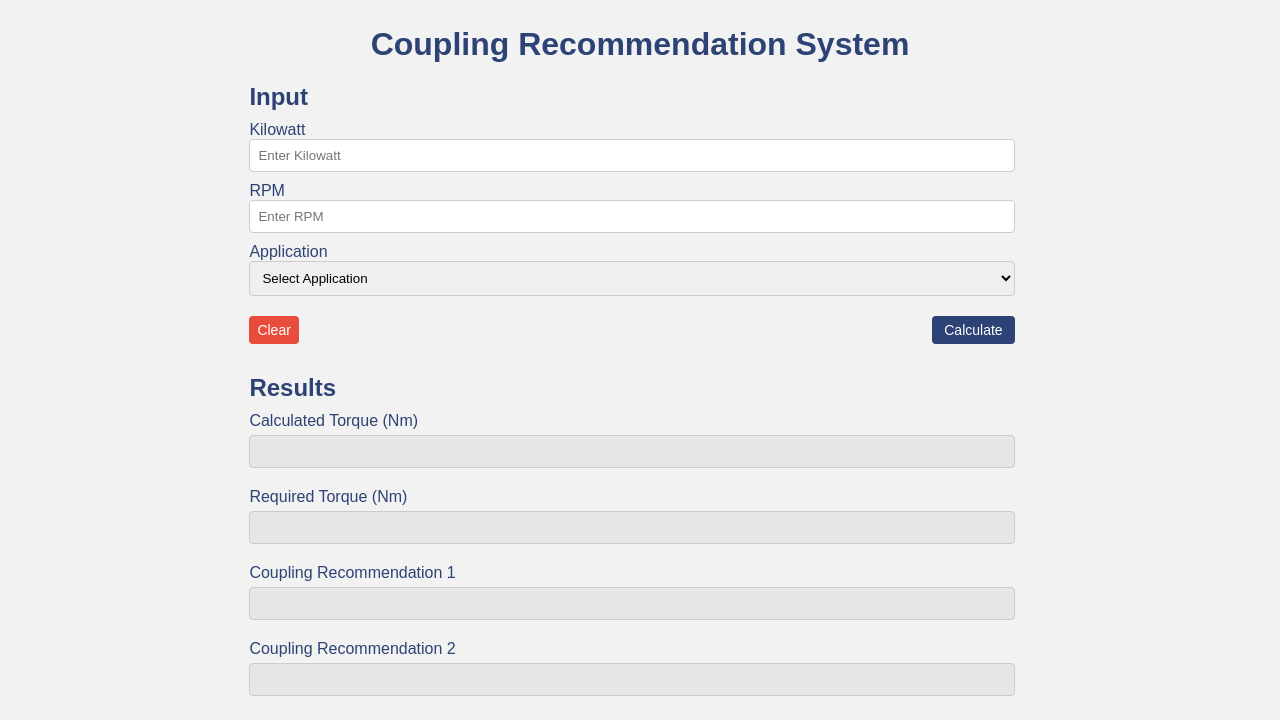
Repository: JustinSadie/calculator
Page: newIndex.html
An editor plug-in stored every save of this project. The page is shown before and after the next save, followed by the edit.
The browser window is 1280 px wide. The pictures show the whole page.

Above is the page before, as saved 2024-08-25 16:16:04.

### newIndex.html
<!DOCTYPE html>
<html lang="en">
  <head>
    <meta charset="UTF-8" />
    <meta name="viewport" content="width=device-width, initial-scale=1.0" />
    <title>Coupling Recommendation</title>
    <link rel="stylesheet" href="newCSS.css" />
  </head>
  <body>
    <div class="coupling-calculator">
      <h1>Coupling Recommendation System</h1>

      <div class="input-section">
        <h2>Input</h2>
        <label for="kilowatt">Kilowatt</label>
        <input
          type="number"
          id="kilowatt"
          placeholder="Enter Kilowatt"
          required
        />

        <label for="rotationSpeed">RPM</label>
        <input
          type="number"
          id="rotationSpeed"
          placeholder="Enter RPM"
          required
        />

        <label for="application">Application</label>
        <select id="application">
          <option value="">Select Application</option>
          <option value="1.2">Centrifugal Pumps</option>
          <option value="1.2">Fans</option>
          <option value="1.2">Belt Conveyors</option>
          <option value="1.6">Hammermill</option>
          <option value="1.6">Bucket Elevator</option>
          <option value="1.6">Scraper Conveyor</option>
          <option value="2.4">Reciprocating Pump</option>
          <option value="2.4">Compressor(3Cyl or less)</option>
          <option value="2">Crusher</option>
          <option value="2">Calender</option>
          <option value="2">Shaker</option>
          <option value="2">Compressor(4 Cyl or more)</option>
          <option value="4">Steel Mill rolers Tables</option>
          <option value="4">Heavy Reversing Drives</option>
        </select>
        <input
          type="text"
          id="customApplication"
          placeholder="Enter Custom Application"
          style="display: none"
        />

        <div class="button-container">
          <button class="clear" onclick="clearTable()">Clear</button>
          <button onclick="displayResults()">Calculate</button>

        </div>
      </div>

      <div class="output-section">
        <h2>Results</h2>
        <div class="result">
          <label for="torqueResult">Calculated Torque (Nm)</label>
          <input type="text" id="torqueResult" readonly />
        </div>

        <div class="result">
          <label for="coupRat">Required Torque (Nm)</label>
          <input type="text" id="coupRat" readonly />
        </div>

        <div class="result">
          <label for="brCouplingSuggest1">Coupling Recommendation 1</label>
          <input type="text" id="brCouplingSuggest1" readonly />
        </div>

        <div class="result">
          <label for="brCouplingSuggest2">Coupling Recommendation 2</label>
          <input type="text" id="brCouplingSuggest2" readonly />
        </div>
      </div>

      <script src="Coupling generator copy.js"></script>
    </div>
  </body>
</html>

### newCSS.css
/* Overall page styling */
body {
  font-family: Arial, sans-serif;
  margin: 0;
  padding: 0;
  background-color: #f2f2f2;
  color: #2d4275;
  display: flex;
  justify-content: center;
  align-items: center;
  min-height: 100vh;
}

.coupling-caclulator {
  max-width: 50%; /* Make the container half the width of the page */
  margin: 0 auto;
  padding: 20px;
  background-color: #ffffff;
  box-shadow: 0 0 10px rgba(0, 0, 0, 0.1);
  border: 2px solid #2d4275; /* Add border around the container */
  border-radius: 8px;
  box-sizing: border-box; /* Include padding and border in the width */
}

h1 {
  color: #2d4275;
  text-align: center;
  margin-bottom: 20px;
}

/* Input section styling */
.input-section {
  margin-bottom: 20px;
}

.input-section h2 {
  color: #2d4275;
  margin-bottom: 10px;
}

input,
select {
  padding: 8px; /* Make the input fields smaller */
  margin-bottom: 10px;
  width: calc(100% - 16px); /* Adjust width to account for padding and borders */
  border: 1px solid #ccc;
  border-radius: 4px;
  box-sizing: border-box;
}

/* Container for buttons */
.button-container {
  display: flex;
  justify-content: space-between; /* Space between buttons */
  margin-top: 10px; /* Space from the fields above */
  width: calc(100% - 16px); /* Adjust width to account for padding and borders */
}

button {
  padding: 6px 12px; /* Adjust padding if needed */
  background-color: #2d4275;
  color: #ffffff;
  border: none;
  border-radius: 4px;
  cursor: pointer;
  font-size: 14px;


}

button:hover {
  background-color: #1a2a4f;
}

/* Small clear button styling */
button.clear {
  padding: 4px 8px; /* Smaller size for the clear button */
  background-color: #e74c3c; /* A red color for the clear button */
  color: #ffffff;
  border: none;
  border-radius: 4px;
  cursor: pointer;
  font-size: 14px; /* Smaller font size */
}

button.clear:hover {
  background-color: #c0392b; /* Darker red for hover effect */
}


/* Output section styling */
.output-section {
  margin-top: 30px;
}

.output-section h2 {
  color: #2d4275;
  margin-bottom: 10px;
}

.result {
  margin-bottom: 10px;
}

.result label {
  display: block;
  margin-bottom: 5px;
  color: #2d4275;
}

.result input {
  padding: 8px; /* Make the output fields smaller */
  border: 1px solid #ccc;
  border-radius: 4px;
  width: calc(100% - 16px); /* Adjust width to account for padding and borders */
  box-sizing: border-box;
  background-color: #f9f9f9;
}

.result input[readonly] {
  background-color: #e6e6e6;
  cursor: not-allowed;
}

### Coupling generator copy.js
lst = [97,128, 164, 187, 215, 255, 271, 314, 355, 428,
    471, 517, 618, 679, 706, 868, 889, 900,
    1089, 1227, 1296, 1392, 1427, 1641, 1768, 2081,
    2150, 2398, 2551, 2837, 3134, 3343, 3536, 3787,
    4274, 4873, 4963, 5326, 5860, 6645, 6721, 6978,
    7234, 8443, 8806, 9071, 9864, 10172, 10811, 11063,
    12835, 13359, 13870, 14165, 16126, 17502, 18434,
    20135, 20684, 21989, 24153, 28155, 28166, 29107,
    35206, 35584, 38136, 38177, 45784, 48006, 50019,
    52525, 55588, 58182, 68818, 72908, 75800, 79879,
    86627, 99418, 100312, 104658, 136282, 136785,
    152552, 178422, 208020, 234914, 366843
]


const bearingData = {
  black: {
    sizes: [97, 164, 271, 471, 679, 1089, 1641, 2551, 3787, 5326, 6721, 8443, 10811, 18434, 29107, 38177, 52525, 79879],
  },
  yellow: {
    sizes: [128, 215, 355, 618, 889, 1427, 2150, 3343, 4963, 6978, 8806, 11063, 14165, 24153, 38136, 50019, 68818, 104658],
  },
  blue: {
    sizes: [187, 314, 517, 900, 1296, 2081, 3134, 4873, 7234, 10172, 12835, 16126, 20684, 35206, 55588, 72908, 100312, 152552],
  },
  green: {
    sizes: [255, 428, 706, 1227, 1768, 2837, 4274, 6645, 9864, 13870, 17502, 21989, 28155, 48006, 75800, 99418, 136785, 208020],
  },
  red: {
    sizes: [517, 868, 1392, 2398, 3536, 5860, 9071, 13359, 20135, 28166, 35584, 45784, 58182, 86627, 136282, 178422, 234914, 366843],
  },
};

const sizeIndex = {
    "BR_95" : 0,
   "BR_115" : 1,
   "BR_135" : 2,
   "BR_155" : 3,
   "BR_179" : 4,
   "BR_206" : 5,
   "BR_236" : 6,
   "BR_276" : 7,
   "BR_306" : 8,
   "BR_336" : 9,
   "BR_366" : 10,
   "BR_406" : 11,
   "BR_446" : 12,
   "BR_506" : 13,
   "BR_556" : 14,
   "BR_636" : 15,
   "BR_716" : 16,
   "BR_826" : 17,
}


function calculateTorque(){
    var kilowatt = document.getElementById("kilowatt").value;
    var rotationSpeed = document.getElementById("rotationSpeed").value;
    var torque = ((kilowatt *  9550)/rotationSpeed);
    torqueResult = torque.toFixed(2) + " (Nm)";
    return {
        torqueresultText: torqueResult,
        torqueResultNumeric: torque,
    };

}

function getSafetyFactorValue(){
    var serviceFactor = document.getElementById("application").value;
    var customServiceFactor = document.getElementById("customApplication").value.trim();

    if (customServiceFactor) {
        return customServiceFactor;
    } else if (serviceFactor && serviceFactor !== "default") {
        return serviceFactor;
    } else {
        throw new Error("Please select an application or enter a custom application.");
    }
};


function calculateAndSetCouplingRating() {
    try {
        var torque = calculateTorque().torqueResultNumeric;
        var serviceFactor = getSafetyFactorValue();

        if (isNaN(serviceFactor)) {
            throw new Error("Invalid service factor input");
        }
        var couplingRating = Math.round(torque * serviceFactor);
        var couplingRatingResult = couplingRating + " (Nm)";

        return {
            couplingRatingText: couplingRatingResult,
            couplingRatingNumeric: couplingRating,
        };
    } catch (error) {
        console.error("Error in calculateAndSetCouplingRating:", error.message);
        return {
            error: error.message,
        };
    }
}



function nextNearestValue() {

    x = calculateAndSetCouplingRating().couplingRatingNumeric;

    for(const elem of lst){
        if(x <= elem) {
            const nextIndex = lst.indexOf(elem) + 1;
            if (nextIndex < lst.length) {
                return {
                    firstRecommendation : elem,
                    secondrecommendation : lst[nextIndex],
                };
            }
        }
    }
    return {
        firstRecommendation : elem,
        secondrecommendation : "none",
    }
}

function safetyFactor(nnv,torque){
    return (nnv/torque).toFixed(2);
}

function findColorAndSize(value) {
    for (const color in bearingData) {
      const sizes = bearingData[color].sizes;
      const index = sizes.indexOf(value);
      if (index !== -1) {
        const sizeKey = Object.keys(sizeIndex).find((key) => sizeIndex[key] === index);
        return {
          color: color,
          size: sizeKey,
        };
      }
    }
    return null;
}



function displayResults(){
    var newVal = calculateAndSetCouplingRating();
    document.getElementById('torqueResult').value=calculateTorque().torqueresultText;
    document.getElementById('coupRat').value=calculateAndSetCouplingRating().couplingRatingText;

    document.getElementById('brCouplingSuggest1').value=findColorAndSize(nextNearestValue().firstRecommendation).size + " - " + findColorAndSize(nextNearestValue().firstRecommendation).color;
    document.getElementById('brCouplingSuggest2').value=findColorAndSize(nextNearestValue().secondrecommendation).size + " - " + findColorAndSize(nextNearestValue().secondrecommendation).color;
    document.getElementById('sfCouplingSuggest1').value=safetyFactor(nextNearestValue().firstRecommendation, calculateTorque().torqueResultNumeric);
    document.getElementById('sfCouplingSuggest2').value=safetyFactor(nextNearestValue().secondrecommendation, calculateTorque().torqueResultNumeric);
}


function clearTable(){
    document.getElementById('kilowatt').value="";
    document.getElementById('rotationSpeed').value="";
    document.getElementById('serviceFactor').value="";
    document.getElementById('torqueResult').value="";
    document.getElementById('coupRat').value="";
    document.getElementById('brCouplingSuggest1').value="";
    document.getElementById('brCouplingSuggest2').value="";
}

function validateInput(inputId) {
    var inputElement = document.getElementById(inputId);
    var inputValue = inputElement.value.trim();

    if (inputValue === "") {
        alert("Input cannot be empty.");
        return false;
    }

    if (!/^\d+$/.test(inputValue)) {
        alert("Input must contain only numbers.");
        return false;
    }

    return true;
}

function validateForm() {
    if (!validateInput("kilowatt") || !validateInput("rotationSpeed")) {
        return false;
    }
    return true;
}

After the next save:
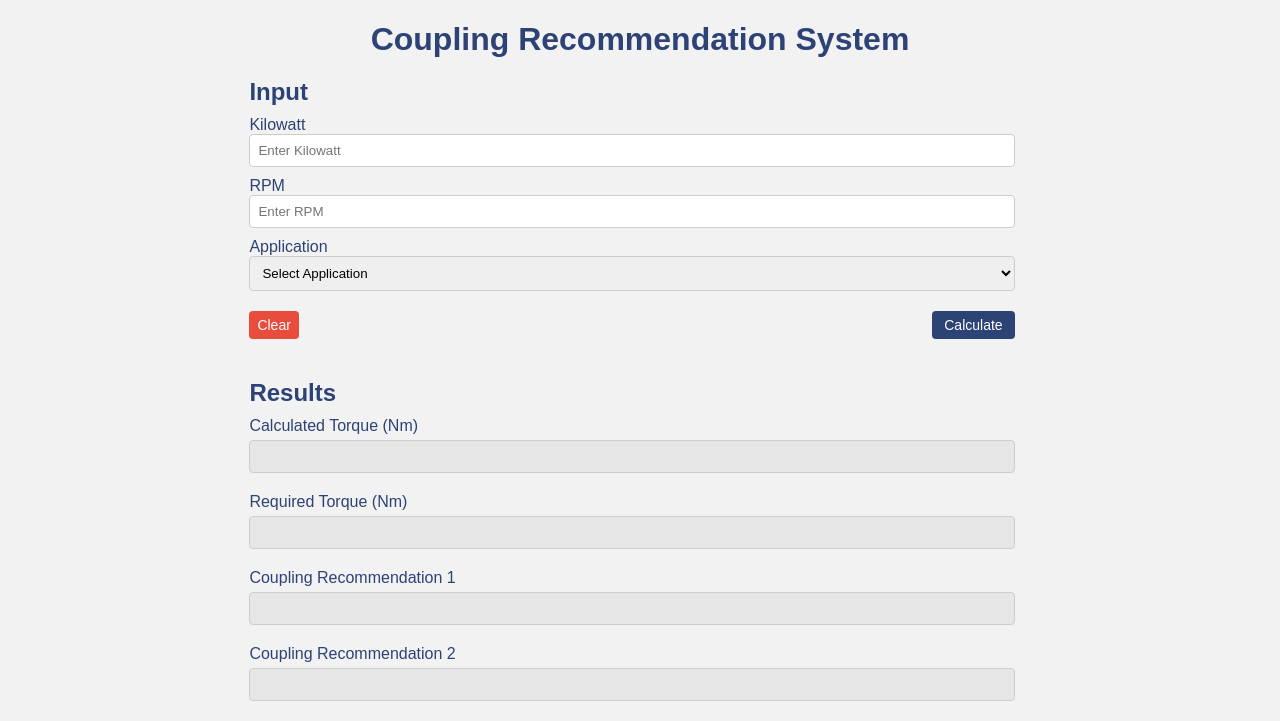
Saved 4 s later.
--- a/newCSS.css
+++ b/newCSS.css
@@ -90,7 +90,7 @@ button.clear:hover {
 
 /* Output section styling */
 .output-section {
-  margin-top: 30px;
+  margin-top: 40px;
 }
 
 .output-section h2 {
